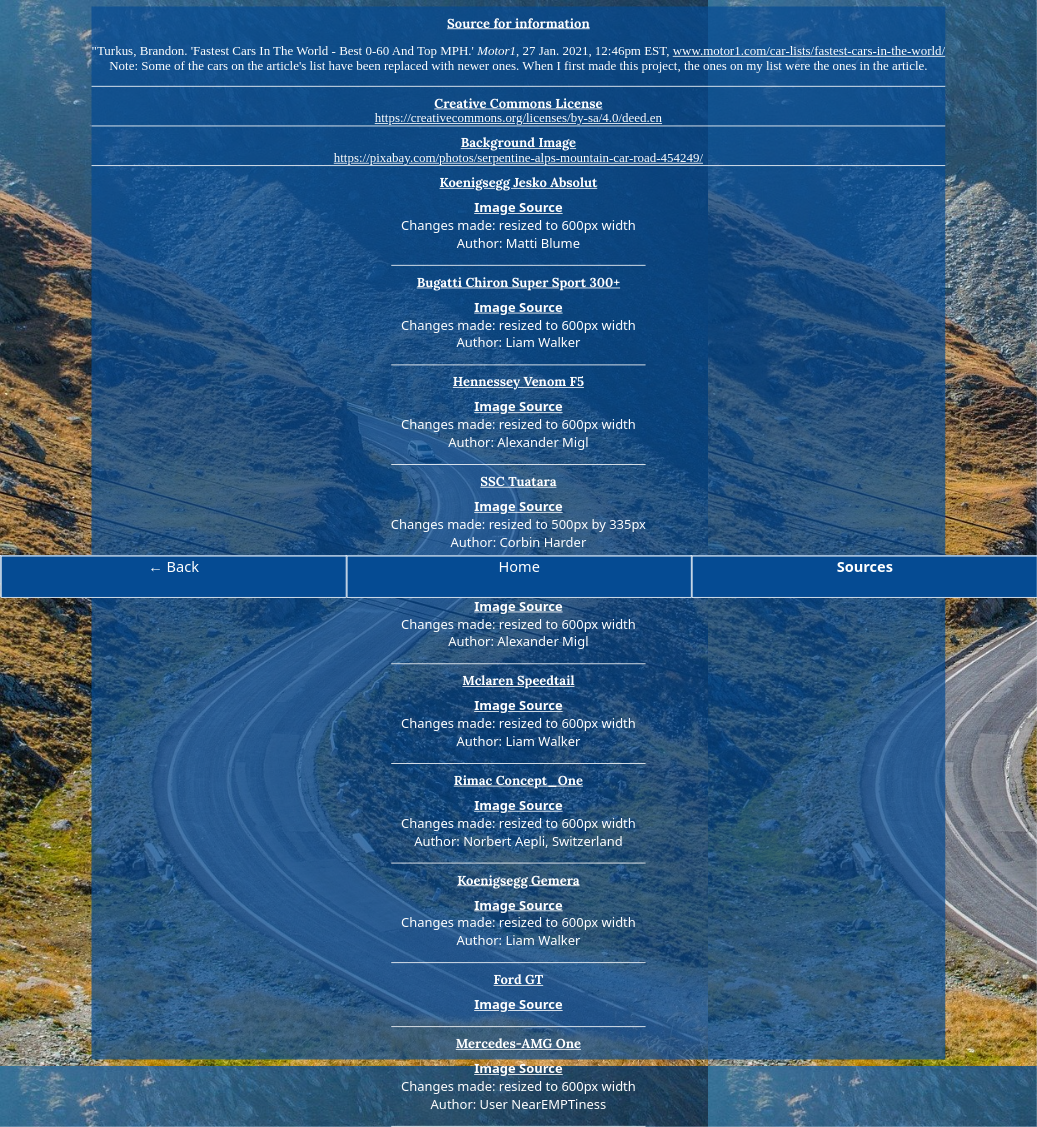
Repository: xxk3990/fastest-cars-project
Page: sources.html
An editor plug-in stored every save of this project. The page is shown before and after the next save, followed by the edit.
The browser window is 1280 px wide. The pictures show the whole page, at 81% of full size.
Backgrounds fixed to the window are drawn as part of the page.

Above is the page before, as saved 2022-05-19 15:26:17.

### sources.html
<!DOCTYPE html>
<html lang="en">

<head>
    <meta charset="UTF-8">
    <meta http-equiv="X-UA-Compatible" content="IE=edge">
    <meta name="viewport" content="width=device-width, initial-scale=1.0">
    <title>Sources</title>
    <link rel="stylesheet" href="styles/styles.css">
    <link rel="preconnect" href="https://fonts.gstatic.com">
    <link href="https://fonts.googleapis.com/css2?family=Lora:wght@700&display=swap" rel="stylesheet">
    <link rel="preconnect" href="https://fonts.gstatic.com">
    <link href="https://fonts.googleapis.com/css2?family=Lora:wght@700&family=Noto+Sans&display=swap" rel="stylesheet">
</head>

<body>
    <section id="sourcesList">
        <section id="sources">
            <section id="static-sources"> <!--had to remove the info source from the json to avoid issues-->
                <section id="information-source" class = "static-src">
                    <h4 class="source-header">Source for information</h4>
                    <p>"Turkus, Brandon. 'Fastest Cars In The World - Best 0-60 And Top MPH.' <em>Motor1</em>, 27 Jan.
                        2021, 12:46pm EST, <a id ="info-src"
                            href="https://www.motor1.com/car-lists/fastest-cars-in-the-world/">www.motor1.com/car-lists/fastest-cars-in-the-world/</a>
                        <br>
                        Note: Some of the cars on the article's list have been replaced with newer ones. When I first made this project, the ones on my list were the ones in the article.
                    </p>
                </section>
                <section id="cc-license" class = "static-src">
                    <h4 class="source-header">Creative Commons License</h4>
                    <!--required for WikiMedia Commons use-->
                    <a class = "img-src"
                        href="https://creativecommons.org/licenses/by-sa/4.0/deed.en">https://creativecommons.org/licenses/by-sa/4.0/deed.en</a>
                </section>
                <section id="bg-img-source" class = "static-src">
                    <h4 class="source-header"> Background Image </h4>
                    <a class = "img-src" href="https://pixabay.com/photos/serpentine-alps-mountain-car-road-454249/">
                        https://pixabay.com/photos/serpentine-alps-mountain-car-road-454249/
                    </a>
                </section>
            </section>
            <section id="dynamicSources"> <!--sources lodaed from JSON go here!-->
            </section>
        </section>

    </section>
    <script src="sources.js"></script>
    <footer class="nav-bar">
        <section id="pages-links">
            <!--
            This neat trick of adding a <div> to an <a> allows you to make
            an <a> tag that fills an entire section and isn't just text!
            -->
            <a id="backLink" href="javascript:window.history.back()">
                <div> &#8592; Back </div>
            </a>
            <a id="homeLink" href="main-list.html">
                <div> Home </div>
            </a>
            <div id="sourcesLink">
                <div><strong>Sources</strong></div>
            </div>
        </section>
    </footer>
</body>

</html>

### styles/styles.css
body {
    background: url("../imgs/background.jpg");
    background-size: contain;
    background-attachment: fixed;
    /* stops bg image from scrolling with data on page */
}
#indexBody {
    height: 100vh;
}

#carsList {
    display: grid;
    /* repeat() works well for dynamically loading a grid! */
    grid-template-columns: repeat(2, 1fr);
    grid-template-rows: repeat(5, 1fr);
    grid-gap: 15px;
    z-index: 0;
}

#carDetails,
#sourcesList {
    display: flex;
    flex-direction: column;
    align-items: center;
}

#cars {
    display: flex;
    flex-direction: column;
    align-items: center;
    background: rgb(5, 75, 147, 0.7);
    height: 450px;
    cursor: pointer;
}

#sources {
    display: flex;
    flex-direction: column;
    align-items: center;
    background: rgb(5, 75, 147, 0.7);
    color: white;
    text-align: center;
    height: 1300px; /* this was the only height that would have all the data show */
}

.img-src,
#info-src {
    color: white;
}

#car-img-sources, .static-src {
    border-bottom: 1px solid white;
}

.source-header { /* all source title headers */
    font-family: "Lora";
    text-decoration: underline;
    margin-bottom: 0;
    margin-top: 10px;
}

.source-data {
    list-style-type: none;
    display: flex;
    flex-direction: column;
    align-items: center;
    font-family: "Noto Sans";
    padding: 0;
    margin-top: 10px;
}

#car {
    text-align: center;
}

.make-model {
    display: flex;
    justify-content: space-evenly;
    font-family: "Lora";
    font-size: 21px;
    color: white;
}

.make-model-title {
    font-family: "Lora";
    font-weight: bold;
    color: white;
    font-size: 1.5em;
    margin-bottom: 5px;
    text-align: center;
}

.make-model h4 {
    margin-top: 10px;
}

#details {
    display: flex;
    flex-direction: column;
    align-items: center;
    background: rgb(5, 75, 147, 0.7);
    height: 700px;
}

#detail {
    display: flex;
    flex-direction: column;
    align-items: center;
    text-align: center;
    color: white;
    font-size: 20px;
    font-family: 'Noto Sans', sans-serif;
}

#top_speed_title,
#description h4 {
    /* make both section titles underlined and have normal font weight */
    font-weight: normal;
    text-decoration: underline;
}

#topSpeedAmt {
    font-weight: normal;
}

#top-speed {
    /* top speed span */
    display: flex;
    justify-content: center;
    padding-left: 5px;
    padding-right: 5px;
}

#description {
    margin-left: 50px;
    margin-right: 50px;
    font-size: 20px;
}

.nav-bar {
    position: fixed;
    z-index: 1;
    width: 100vw;
    height: 35px;
    background-color: #054b93;
    bottom: 0;
    left: 0;
}

#pages-links {
    display: flex;
    justify-content: space-evenly;
    list-style-type: none;
}

#pages-links a,
#pages-links div {
    /* turns navbar links into clickable elements instead of just text */
    width: 100%;
    height: 50px;
    background-color: #054b93;
    border: 1px solid white;
    color: white;
    text-decoration: none;
    font-size: 18px;
    vertical-align: middle;
    font-family: "Noto Sans";
    text-align: center;
}

#pages-links a div {
    text-align: center;
}

#app-info {
    display: flex;
    flex-direction: column;
    align-items: center;
    background: rgb(5, 75, 147, 0.7);
    text-align: center;
    color: white;
    font-family: "Noto Sans";
    font-size: 22px;
}
#welcome {
    font-family: "Lora";
    text-align: center;
    color: white;
}

@media screen and (min-width: 321px) and (max-width: 600px) {
    body {
        background: url("../imgs/background.jpg");
        background-size: 100vw 100vh;
        background-attachment: fixed;
    }

    #details-html,
    #details-body {
        margin-top: 0;
        /* reduces scrolling issues */
    }

    #carsList,
    #carDetails,
    #sourcesList {
        display: flex;
        flex-direction: column;
        align-items: center;
    }

    #sources {
        font-size: 17px;
        height: 1575px; /* had to be EVEN longer for this one */
    }

    #cars {
        width: 350px;
        height: 300px;
    }

    #car-image,
    #car-image-zoomed {
        width: 350px;
    }

    #car-image-zoomed {
        margin-top: 7px;
        /* add a bit of spacing between image and top of section on details page */
    }

    .make-model {
        /* for some reason it had extra padding and margins in the mobile version!*/
        margin: 0;
        padding: 0;
        height: 40px;
    }

    #details {
        width: 100vw;
        height: 100vh;
    }

    #top-speed {
        height: 40px;
        margin-bottom: 0;
    }

    #top-speed h4 {
        margin-top: 15px;
    }

    #description {
        margin-left: 20px;
        margin-right: 20px;
    }

    #description h4 {
        margin-top: 15px;
        margin-bottom: 0;
    }

    #description p {
        margin-top: 15px;
        font-size: 19px;
    }

    .img-src,
    #info-src {
        display: flex;
        flex-direction: column;
        align-items: center;
    }

    .source-data,
    #information-source p,
    #bg-img-source {
        padding: 0;
    }
    .source-header {
        max-width: 375px;
    }

    #app-info {
        height: 50vh;
        font-size: 30px;
    }

}

@media screen and (max-width: 320px) {

    html,
    body {
        background: url("../imgs/background.jpg");
        background-size: 100vw 100vh;
        background-attachment: fixed;
    }

    #details-html,
    #details-body {
        margin-top: 0;
        /* reduces scrolling issues */
    }

    #carsList,
    #carDetails {
        display: flex;
        flex-direction: column;
        align-items: center;
    }

    #details {
        width: 100vw;
        height: 600px;
    }

    #car-image,
    #car-image-zoomed {
        width: 300px;
    }

    #car-image-zoomed {
        margin-top: 7px;
        /* add a bit of spacing between image and top of section on details page */
    }

    #cars {
        width: 300px;
        height: 300px;
    }

    .make-model {
        /* for some reason it had extra padding and margins in the mobile version!*/
        margin: 0;
        padding: 0;
        height: 30px;
        font-size: 20.5px;
        margin-bottom: 20px;
    }

    #top-speed {
        height: 30px;
        margin-bottom: 0;
    }

    #top-speed h4 {
        margin-top: 10px;
    }

    #description {
        margin-left: 10px;
        margin-right: 10px;
        font-size: 17px;
    }

    #description h4 {
        margin-top: 10px;
        margin-bottom: 0;
    }

    #description p {
        margin-top: 10px;
    }
    #sources {
        height: 1500px;
    }

}

@media screen and (min-width: 768px) and (max-width: 1024px) {
    #carsList {
        display: flex;
        flex-direction: column;
        align-items: center;
    }

    #car-image {
        width: 600px;
    }

    #cars {
        width: 600px;
        height: 500px;
    }
    #sources {
        height: 1400px;
    }

}

### sources.js
"use strict";

const xhr = new XMLHttpRequest(),
    url = "fastest-cars.json";
let output = "";

xhr.onreadystatechange = () => {
    if (xhr.readyState === 4 && xhr.status === 200) {
        const srcObj = JSON.parse(xhr.responseText);
        for (let s of srcObj) {
                output += display(s);
        }
        dynamicSources.innerHTML += output;
    }
};
xhr.open("GET", url, true);
xhr.send();

const display = (data) => {
    if (data.make === "Ford") {
    //the GT is the only one not from Wikimedia Commons and so it doesn't require the author and changes made.
        return `
            <section id = "car-img-sources">
                <h4 class = "source-header"> ${data.make} ${data.model}</h4>
                <ul class = "source-data">
                    <li><strong><a class ="img-src" href = "${data.imageSource.url}">Image Source</a></strong></li>
                </ul>
            </section>
        `
    } else {
        return `
                    <section id = "car-img-sources">
                        <h4 class = "source-header"> ${data.make} ${data.model}</h4>
                        <ul class = "source-data">
                            <li class = "source-li"><strong><a class ="img-src" href = "${data.imageSource.url}">Image Source</a></strong></li>
                            <li class = "source-li"> Changes made: ${data.imageSource.changes_made}</li>
                            <li class = "source-li"> Author: ${data.imageSource.author}</li>
                        </ul>
                    </section>
        `
    }

}

### fastest-cars.json
[
   {
      "id": 0,
      "model":"Jesko Absolut",
      "make":"Koenigsegg",
      "top_speed":330,
      "description":"This vehicle has 1600 brake horsepower with a five liter V8 engine that has added downforce due to a sleek body. However, while the other cars have officially reached their top speed, the Jesko Absolut's claimed top speed of 330 is only what their calculations say, as they have not been able to officially test it.",
      "image": {
         "sixHundred": "imgs/jesko.jpeg",
         "fourHundred": "imgs/jesko-400.jpeg",
         "threeFifty": "imgs/jesko-350.jpeg",
         "threeHundred": "imgs/jesko-300.jpeg"
      },
      "imageSource":{
         "url":"https://commons.wikimedia.org/wiki/File:GIMS_2019,_Le_Grand-Saconnex_(GIMS0833).jpg",
         "changes_made":"resized to 600px width",
         "author":"Matti Blume"
      }
   },
   {
      "id": 1,
      "model":"Chiron Super Sport 300+",
      "make":"Bugatti",
      "top_speed":304,
      "description":"This car was tested and hit 304mph. It has 1,600 brake horsepower and can hit 60mph in only 2.3 seconds.",
      "image":{
         "sixHundred": "imgs/chiron_300plus.jpeg",
         "fourHundred": "imgs/chiron_300plus-400.jpeg",
         "threeFifty" : "imgs/chiron_300plus-350.jpeg",
         "threeHundred": "imgs/chiron_300plus-300.jpeg"
      },
      "imageSource":{
         "url":"https://commons.wikimedia.org/wiki/File:2020_Bugatti_Chiron_Super_Sport_300%2B_Prototype.jpg",
         "changes_made":"resized to 600px width",
         "author":"Liam Walker"
      }
   },
   {
      "id": 2,
      "model":"Venom F5",
      "make":"Hennessey",
      "top_speed":311,
      "description":"The fastest US car on this list, this car will fly past 300 MPH due to a 1,817 brake horsepower 6.6 liter V8 with two turbochargers that will also allow it to hit 60MPH in 2.4 seconds.",
      "image":{
         "sixHundred": "imgs/venom_f5.jpeg",
         "fourHundred": "imgs/venom_f5-400.jpeg",
         "threeFifty": "imgs/venom_f5-350.jpeg",
         "threeHundred": "imgs/venom_f5-300.jpeg"
      },
      "imageSource":{
         "url":"https://commons.wikimedia.org/wiki/File:Hennessey_Venom_F5_Genf_2018.jpg",
         "changes_made":"resized to 600px width",
         "author":"Alexander Migl"
      }
   },
   {
      "id": 3,
      "model":"Tuatara",
      "make":"SSC",
      "top_speed":282.9,
      "description":"Although initial testing had some problems, this car was able to set an average top speed of 282.9MPH with its 1,750 BHP. It can also hit 60 MPH in 2.5 seconds. ",
      "image": {
         "sixHundred": "imgs/tuatara.jpeg",
         "fourHundred": "imgs/tuatara-400.jpeg",
         "threeFifty": "imgs/tuatara-350.jpeg",
         "threeHundred": "imgs/tuatara-300.jpeg"
      },
      "imageSource":{
         "url":"https://commons.wikimedia.org/wiki/File:2019_SSC_Tuatara_at_Pebble_Beach_Press_Conference.jpg",
         "changes_made":"resized to 500px by 335px",
         "author":"Corbin Harder"
      }
   },
   {
      "id": 4,
      "model":"Valkyrie",
      "make":"Aston Martin",
      "top_speed":250,
      "description":"This car, with its V12 engine and hybrid technology, has 1,160 BHP a top speed of over 250 miles an hour and a 0-60 of 2.5 seconds.",
      "image": {
         "sixHundred": "imgs/valkyrie.jpeg",
         "fourHundred": "imgs/valkyrie-400.jpeg",
         "threeFifty": "imgs/valkyrie-350.jpeg",
         "threeHundred": "imgs/valkyrie-300.jpeg"
      },
      "imageSource":{
         "url":"https://commons.wikimedia.org/wiki/File:Aston_Martin_Valkyrie_Verification_Prototype_001_Genf_2019_1Y7A5569.jpg",
         "changes_made":"resized to 600px width",
         "author":"Alexander Migl"
      }
   },
   {
      "id": 5,
      "model":"Speedtail",
      "make":"Mclaren",
      "top_speed":250,
      "description":"A hypercar from a company with a history of speed record cars, this car will no doubt reach its 250 MPH top speed. It has 1,036 BHP and can reach 60 in 2.9 seconds.",
      "image": {
         "sixHundred": "imgs/speedtail.jpg",
         "fourHundred": "imgs/speedtail-400.jpg",
         "threeFifty": "imgs/speedtail-350.jpg",
         "threeHundred": "imgs/speedtail-300.jpg"
      },
      "imageSource":{
         "url":"https://commons.wikimedia.org/wiki/File:2020_McLaren_Speedtail_4.0_Rear.jpg",
         "changes_made":"resized to 600px width",
         "author":"Liam Walker"
      }
   },
   {
      "id": 6,
      "model":"Concept_One",
      "make":"Rimac",
      "top_speed":221,
      "description":"This is the only electric supercar on this list, but it shows just how powerful electric cars can be. It has 1,224 BHP and can hit 60 in 2.5 seconds. We will soon see the next gen version, the Concept_Two, which will have 1,914 BHP.",
      "image":{
         "sixHundred": "imgs/concept_one.jpeg",
         "fourHundred": "imgs/concept_one-400.jpeg",
         "threeFifty": "imgs/concept_one-350.jpeg",
         "threeHundred": "imgs/concept_one-300.jpeg"
      },
      "imageSource":{
         "url":"https://commons.wikimedia.org/wiki/File:2017-03-07_Geneva_Motor_Show_0949.JPG",
         "changes_made":"resized to 600px width",
         "author":"Norbert Aepli, Switzerland"
      }
   },
   {
      "id": 7,
      "model":"Gemera",
      "make":"Koenigsegg",
      "top_speed":249,
      "description":"With only a 3 cylinder engine, you wouldn't expect this car to be on this list, but Koenigsegg have put their magic into it. It has 1,700 BHP and gets to 60 in a whopping 1.9 seconds. It will also seat four people, so you can enjoy a drive with three friends.",
      "image":{
         "sixHundred": "imgs/gemera.jpg",
         "fourHundred": "imgs/gemera-400.jpg",
         "threeFifty": "imgs/gemera-350.jpg",
         "threeHundred": "imgs/gemera-300.jpg"
      },
      "imageSource":{
         "url":"https://commons.wikimedia.org/wiki/File:2020_Koenigsegg_Gemera_2.0.jpg",
         "changes_made":"resized to 600px width",
         "author":"Liam Walker"
      }
   },
   {
      "id": 8,
      "model":"GT",
      "make":"Ford",
      "top_speed":216,
      "description":"This car has 660 BHP from a 3.5 liter V6 with two turbochargers, allowing it to hit 216 MPH and 60 in 3 seconds flat.",
      "image": {
         "sixHundred": "imgs/gt.jpg",
         "fourHundred": "imgs/gt-400.jpg",
         "threeFifty": "imgs/gt-350.jpg",
         "threeHundred": "imgs/gt-300.jpg"
      },
      "imageSource":{
         "url":"https://pixabay.com/photos/car-auto-ford-gt-gt-ford-gt-2020-4865483/"
      }
   },
   {
      "id": 9,
      "model":"One",
      "make":"Mercedes-AMG",
      "top_speed":217,
      "description":"With technology borrowed from its f1 team, Mercedes-AMG is giving this car over 1,000 BHP and a 0-60 in 2.6 seconds.",
      "image": {
         "sixHundred": "imgs/one.jpeg",
         "fourHundred": "imgs/one-400.jpeg",
         "threeFifty": "imgs/one-350.jpeg",
         "threeHundred": "imgs/one-300.jpeg"
      },
      "imageSource":{
         "url":"https://commons.wikimedia.org/wiki/File:AMG_at_IAA_2017_(05).jpg",
         "changes_made":"resized to 600px width",
         "author":"User NearEMPTiness"
      }
   }
]

After the next save:
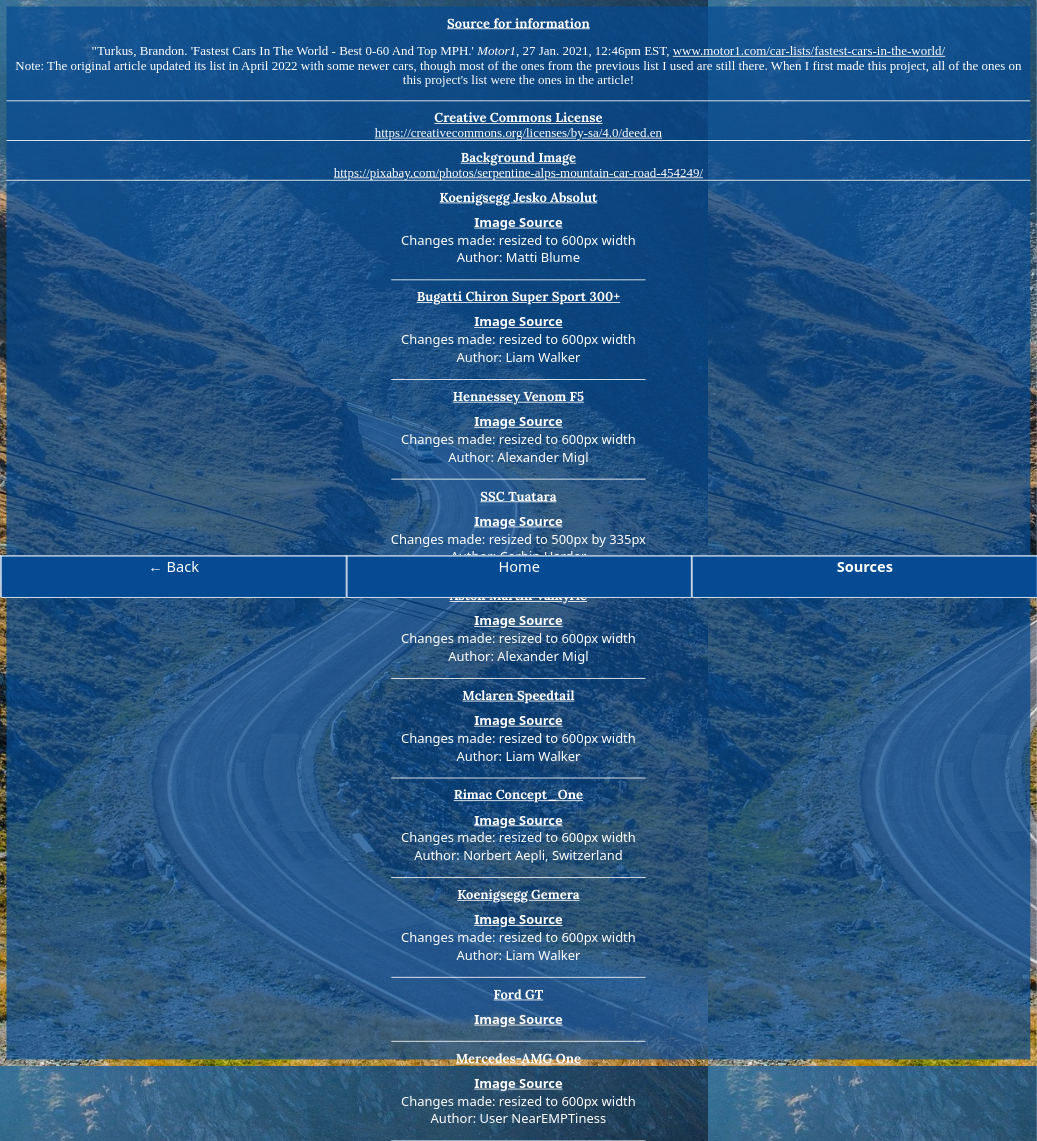
Saved 7 min 3 s later.
--- a/sources.html
+++ b/sources.html
@@ -23,7 +23,7 @@
                         2021, 12:46pm EST, <a id ="info-src"
                             href="https://www.motor1.com/car-lists/fastest-cars-in-the-world/">www.motor1.com/car-lists/fastest-cars-in-the-world/</a>
                         <br>
-                        Note: Some of the cars on the article's list have been replaced with newer ones. When I first made this project, the ones on my list were the ones in the article.
+                        Note: The original article updated its list in April 2022 with some newer cars, though most of the ones from the previous list I used are still there. When I first made this project, all of the ones on this project's list were the ones in the article!
                     </p>
                 </section>
                 <section id="cc-license" class = "static-src">
